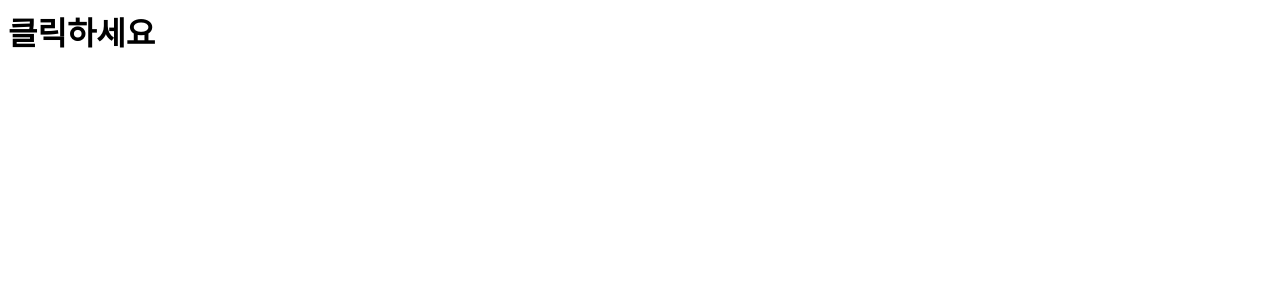
Repository: PareutPareut/frontend
Page: markDowns/html_input.html
An editor plug-in stored every save of this project. The page is shown before and after the next save, followed by the edit.
The browser window is 1280 px wide. The pictures show the whole page.

Above is the page before, as saved 2023-11-28 15:25:56.

### markDowns/html_input.html
<!--html에 onclick=""을 붙여 사용하는 방법*-->

<html>
    <head>

    </head>
    <body>
        <div onclick="click_me()">
            <h1>클릭하세요</h1>
        </div>


        <script>
            function click_me(a){
                console.log("클릭 이벤트 발생!", a);
            }
        </script>

    </body>
</html>

After the next save:
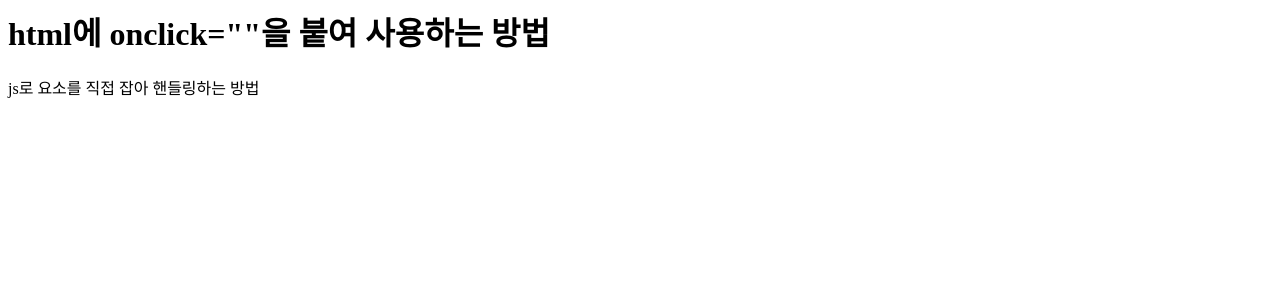
Saved 101 s later.
--- a/markDowns/html_input.html
+++ b/markDowns/html_input.html
@@ -1,13 +1,15 @@
-<!--html에 onclick=""을 붙여 사용하는 방법*-->
-
+<!--1. html에 onclick=""을 붙여 사용하는 방법*-->
+<!--2. js로 요소를 직접 잡아 핸들링하는 방법*-->
 <html>
     <head>
 
     </head>
     <body>
         <div onclick="click_me()">
-            <h1>클릭하세요</h1>
+            <h1>html에 onclick=""을 붙여 사용하는 방법</h1>
         </div>
+
+        <div id="click1">js로 요소를 직접 잡아 핸들링하는 방법</div>
 
 
         <script>
